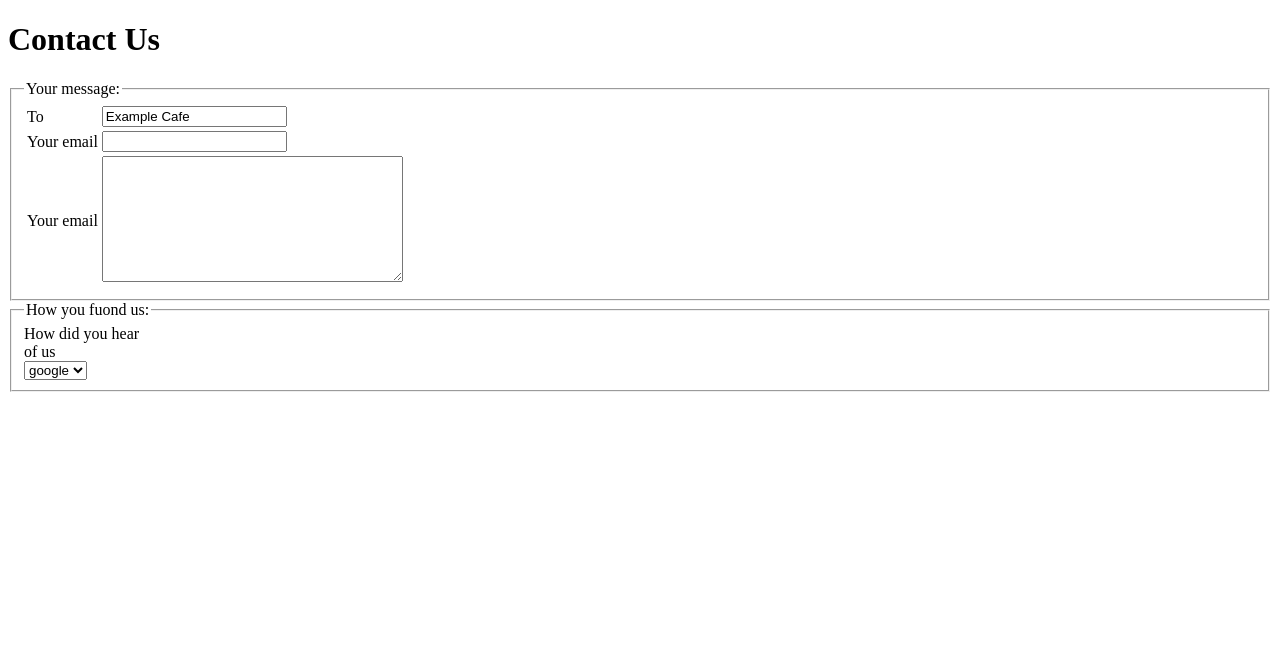
Repository: PhamChiXuan1/HTCNW_tuan3_DHCNTT16C_PhamChiXuan_20030131
Page: bt15.html
An editor plug-in stored every save of this project. The page is shown before and after the next save, followed by the edit.
The browser window is 1280 px wide. The pictures show the whole page.

Above is the page before, as saved 2022-02-28 11:51:56.

After the next save:
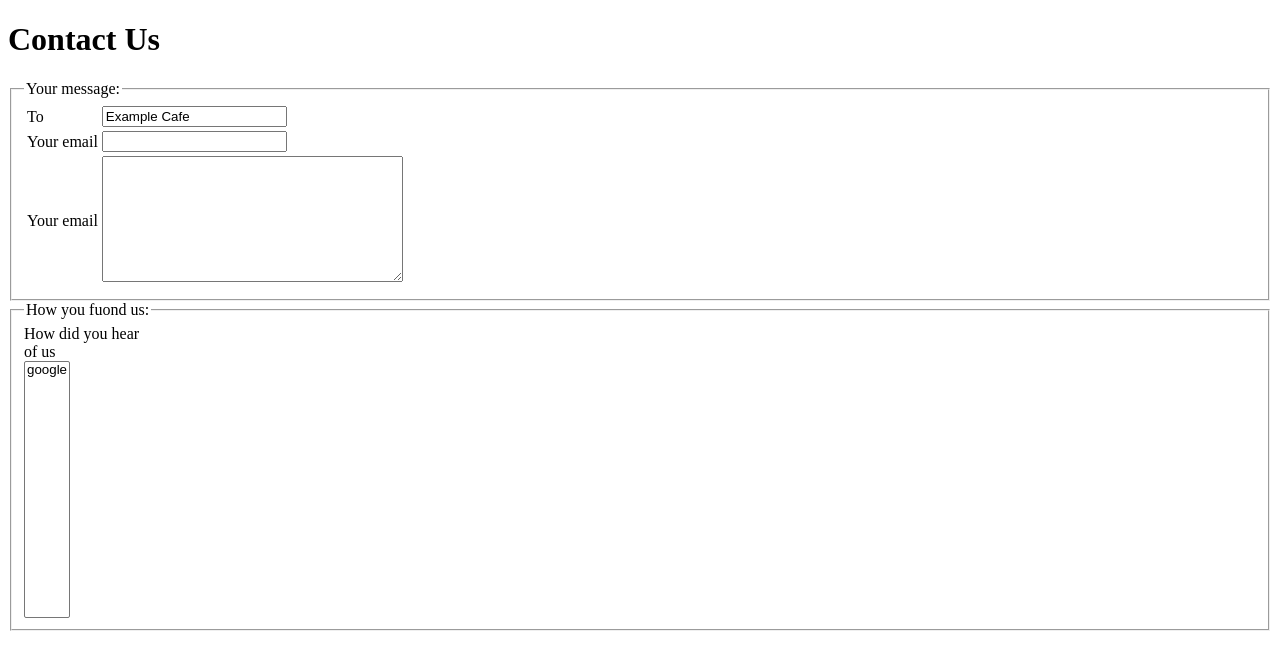
Saved 23 s later.
--- a/bt15.html
+++ b/bt15.html
@@ -30,7 +30,7 @@
         <tr>
             <td><table>How did you hear <br>of us</table></td>
             <td>
-                <select name="" id="">
+                <select name="" id="" size="15">
                     <option value="google">google</option>
                 </select>
 

After the save that followed:
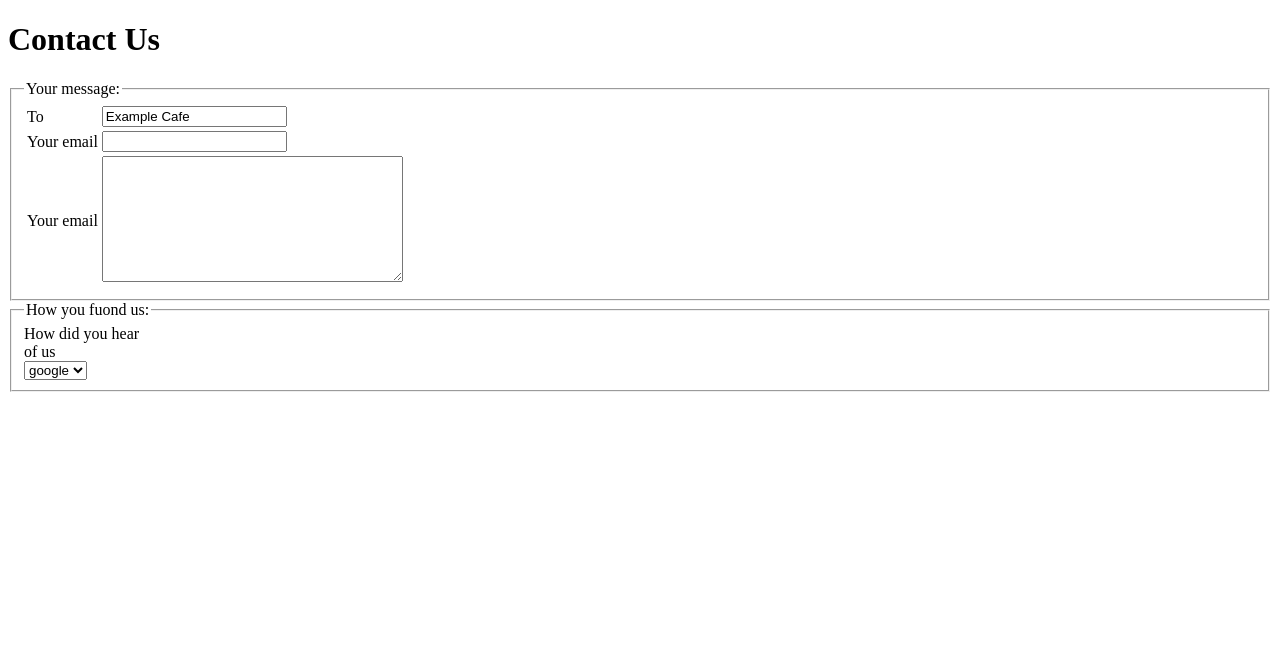
Saved 16 s later.
--- a/bt15.html
+++ b/bt15.html
@@ -30,8 +30,8 @@
         <tr>
             <td><table>How did you hear <br>of us</table></td>
             <td>
-                <select name="" id="" size="15">
-                    <option value="google">google</option>
+                <select name="" id="" >
+                    <option value="google" size="15">google</option>
                 </select>
 
             </td>
